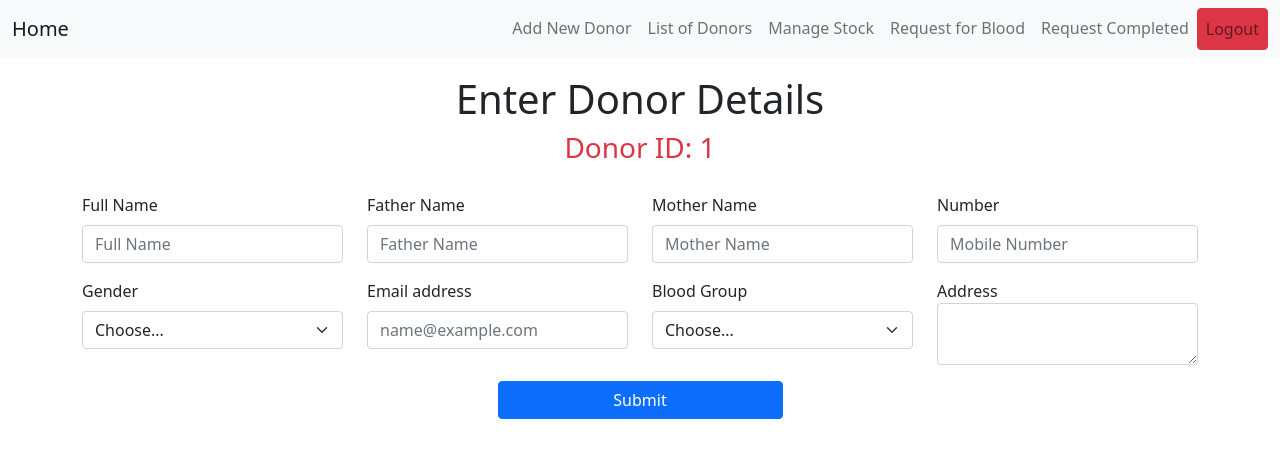
Repository: kshitizJ/Blood-Bank-Management-System-in-jsp
Page: http://localhost/Blood_Bank_Management_System/addNewDonor.jsp
The author's editor kept a copy of each file at every save. The page is drawn from the files as they stood at one save, then again after the next save.
The browser window is 1280 px wide. The pictures show the whole page.
The page is served by Tomcat 9. Queries for data that is not in the repository find no rows.

Above is the page before, as saved 2021-04-28 05:15:23.

### Blood Bank Management System/WebContent/addNewDonor.jsp
<%@page import="java.sql.*"%>
<%@page import="project.ConnectionProvider"%>
<%@include file="header.html"%>
<!DOCTYPE html>
<html lang="en">

<head>
<meta charset="UTF-8">
<meta http-equiv="X-UA-Compatible" content="IE=edge">
<meta name="viewport" content="width=device-width, initial-scale=1.0">
<style>
.container {
	margin-top: 75px;
}
.form {
	margin-top: 20px;
}
</style>
</head>

<body>
	<div class="container">
		<div class="row">
			<div class="col-12">
				<h1 class="text-center">Enter Donor Details</h1>
			</div>
			<div class="col-12">
				<%
					int id = 1;
					// System.out.println(id);
					try {
						Connection con = ConnectionProvider.getCon();
						// System.out.println(con);
						Statement st = con.createStatement();
						// System.out.println(st);
						ResultSet rs = st.executeQuery("select max(id) from donor;");
						// System.out.println(rs);
						if (rs.first()) {
							// System.out.println(rs.first());
							id = rs.getInt(1);
							id += 1;
					}
				%>
				<h3 class="text-center text-danger">
					Donor ID: <%out.println(id);%>
				</h3>
			</div>
			<%
				} catch (Exception e) {
			}
			%>
			<div class="col-12">
				<form class="form row d-flex justify-content-center"
					action="indexFormAction.jsp" method="POST">
					<input type="hidden" class="form-control" name="id"
						value="<%out.println(id);%>">
					<div class="mb-3 col-md-3">
						<label for="name" class="form-label">Full Name</label> <input
							type="text" class="form-control" id="name" name="name"
							placeholder="Full Name">
					</div>
					<div class="mb-3 col-md-3">
						<label for="fname" class="form-label">Father Name</label> <input
							type="text" class="form-control" id="fname" name="fname"
							placeholder="Father Name">
					</div>
					<div class="mb-3 col-md-3">
						<label for="mname" class="form-label">Mother Name</label> <input
							type="text" class="form-control" id="mname" name="mname"
							placeholder="Mother Name">
					</div>
					<div class="mb-3 col-md-3">
						<label for="number" class="form-label">Number</label> <input
							type="text" class="form-control" id="number" name="number"
							placeholder="Mobile Number">
					</div>
					<div class="mb-3 col-md-3">
						<label for="gender" class="form-label">Gender</label> <select
							class="form-select" id="gender" name="gender">
							<option selected>Choose...</option>
							<option value="1">Male</option>
							<option value="2">Female</option>
							<option value="3">Others</option>
						</select>
					</div>
					<div class="mb-3 col-md-3">
						<label for="email" class="form-label">Email address</label> <input
							type="email" class="form-control" id="email" name="email"
							placeholder="name@example.com">
					</div>
					<div class="mb-3 col-md-3">
						<label for="brgp" class="form-label">Blood Group</label> <select
							class="form-select" id="brgp" name="brgp">
							<option selected>Choose...</option>
							<option value="A+">A+</option>
							<option value="A-">A-</option>
							<option value="B+">B+</option>
							<option value="B-">B-</option>
							<option value="O+">O+</option>
							<option value="O-">O-</option>
							<option value="AB+">AB+</option>
							<option value="AB-">AB-</option>

						</select>
					</div>
					<div class="mb-3 col-md-3">
						<span class="form-label">Address</span>
						<textarea class="form-control" aria-label="With textarea"
							name="address"></textarea>
					</div>
					<button type="submit" class="btn btn-primary col-3">Submit</button>
				</form>
			</div>
		</div>
	</div>
</body>

</html>

### Blood Bank Management System/WebContent/header.html
<!DOCTYPE html>
<html lang="en">
<head>
<meta charset="UTF-8">
<meta http-equiv="X-UA-Compatible" content="IE=edge">
<meta name="viewport" content="width=device-width, initial-scale=1.0">
<title>Admin Panel</title>
<link
	href="https://cdn.jsdelivr.net/npm/bootstrap@5.0.0-beta3/dist/css/bootstrap.min.css"
	rel="stylesheet"
	integrity="sha384-eOJMYsd53ii+scO/bJGFsiCZc+5NDVN2yr8+0RDqr0Ql0h+rP48ckxlpbzKgwra6"
	crossorigin="anonymous">
<link rel="stylesheet" href="style.css" type="text/css" media="screen">
</head>
<body>
	<nav class="navbar fixed-top navbar-expand-lg navbar-light bg-light">
		<div class="container-fluid">
			<a class="navbar-brand" href="home.jsp">Home</a>
			<button class="navbar-toggler" type="button"
				data-bs-toggle="collapse" data-bs-target="#navbarNav"
				aria-controls="navbarNav" aria-expanded="false"
				aria-label="Toggle navigation">
				<span class="navbar-toggler-icon"></span>
			</button>
			<div class="collapse navbar-collapse justify-content-end"
				id="navbarNav">
				<ul class="navbar-nav ">
					<li class="nav-item"><a class="nav-link"
						href="addNewDonor.jsp">Add New Donor</a></li>
					<li class="nav-item"><a class="nav-link"
						href="editDeleteList.jsp">List of Donors</a></li>
					<li class="nav-item"><a class="nav-link"
						href="manageStock.jsp">Manage Stock</a></li>
					<li class="nav-item"><a class="nav-link"
						href="requestForBlood.jsp">Request for Blood</a></li>
					<li class="nav-item"><a class="nav-link"
						href="requestCompleted.jsp">Request Completed</a></li>
					<li class="nav-item"><a class="nav-link btn btn-danger"
						href="adminLogin.jsp">Logout</a></li>
				</ul>
			</div>
		</div>
	</nav>
</body>
<script
	src="https://cdn.jsdelivr.net/npm/bootstrap@5.0.0-beta3/dist/js/bootstrap.bundle.min.js"
	integrity="sha384-JEW9xMcG8R+pH31jmWH6WWP0WintQrMb4s7ZOdauHnUtxwoG2vI5DkLtS3qm9Ekf"
	crossorigin="anonymous"></script>

</html>

### Blood Bank Management System/src/project/ConnectionProvider.java
package project;

import java.sql.*;

public class ConnectionProvider {
	public static Connection getCon() {
		try {
			Class.forName("com.mysql.cj.jdbc.Driver");
			Connection con = DriverManager.getConnection("jdbc:mysql://localhost:3306/Blood_Bank_Management_System",
					"root", "Kshitiz123@");
			return con;
		} catch (Exception e) {
			// TODO: handle exception
			System.out.println(e.getMessage());
			return null;
		}
	}
}

### Blood Bank Management System/WebContent/style.css
img {
	width: 100%;
	height: 500px;
}

.logo {
	width: 100px;
	height: 60px;
}

container-fluid {
	padding: 0;
}

After the next save:
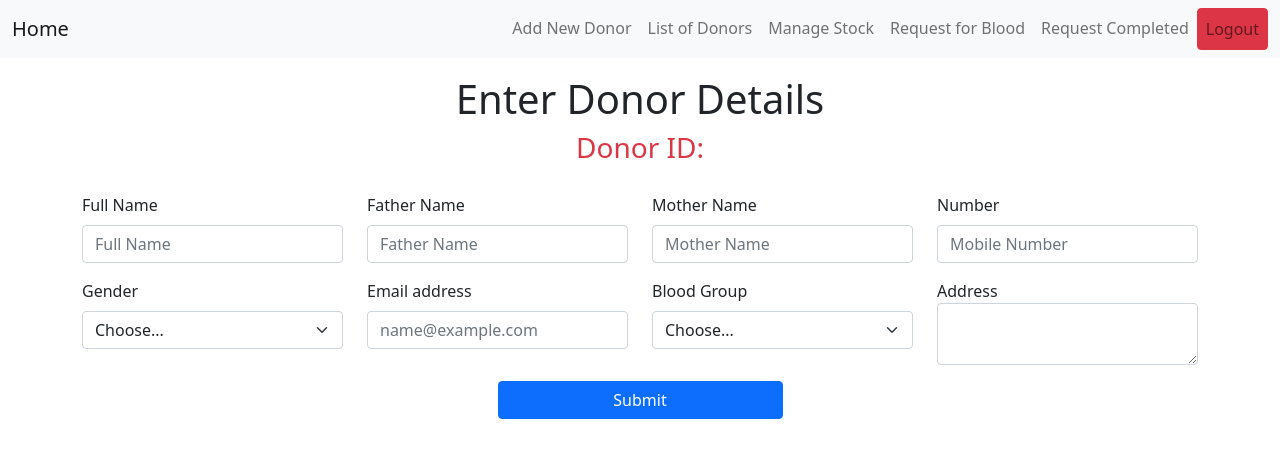
Saved 14 s later.
--- a/Blood Bank Management System/WebContent/addNewDonor.jsp
+++ b/Blood Bank Management System/WebContent/addNewDonor.jsp
@@ -42,7 +42,7 @@
 					}
 				%>
 				<h3 class="text-center text-danger">
-					Donor ID: <%out.println(id);%>
+					Donor ID: <% System.out.println(id);%>
 				</h3>
 			</div>
 			<%

After the 2 saves that followed:
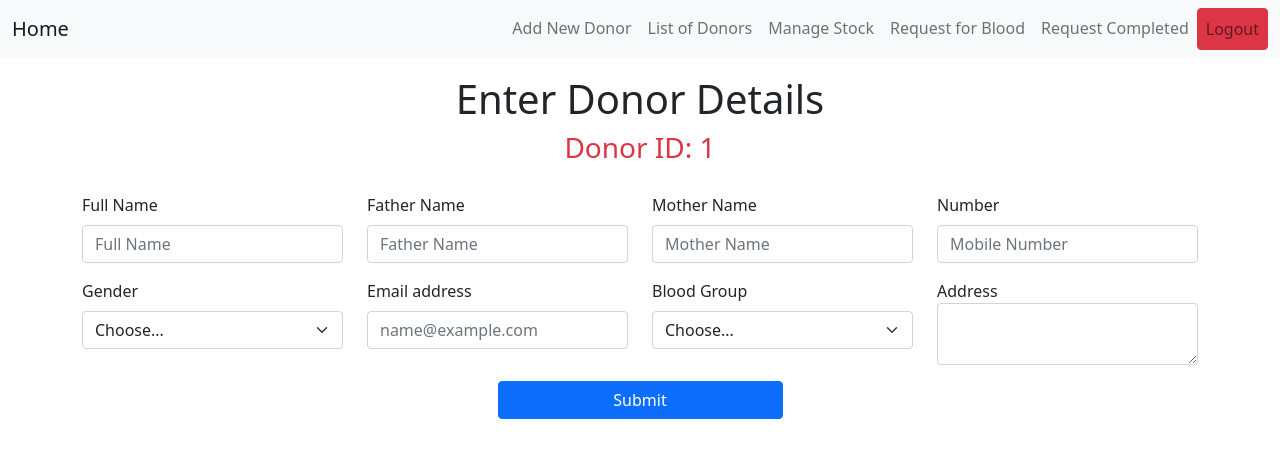
The 2 saves are shown as one change because 1 left the picture as it was.
The last was saved 27 s later.
--- a/Blood Bank Management System/WebContent/addNewDonor.jsp
+++ b/Blood Bank Management System/WebContent/addNewDonor.jsp
@@ -39,10 +39,10 @@
 							// System.out.println(rs.first());
 							id = rs.getInt(1);
 							id += 1;
-					}
+						}
 				%>
 				<h3 class="text-center text-danger">
-					Donor ID: <% System.out.println(id);%>
+					Donor ID: <%out.println(id);%>
 				</h3>
 			</div>
 			<%
